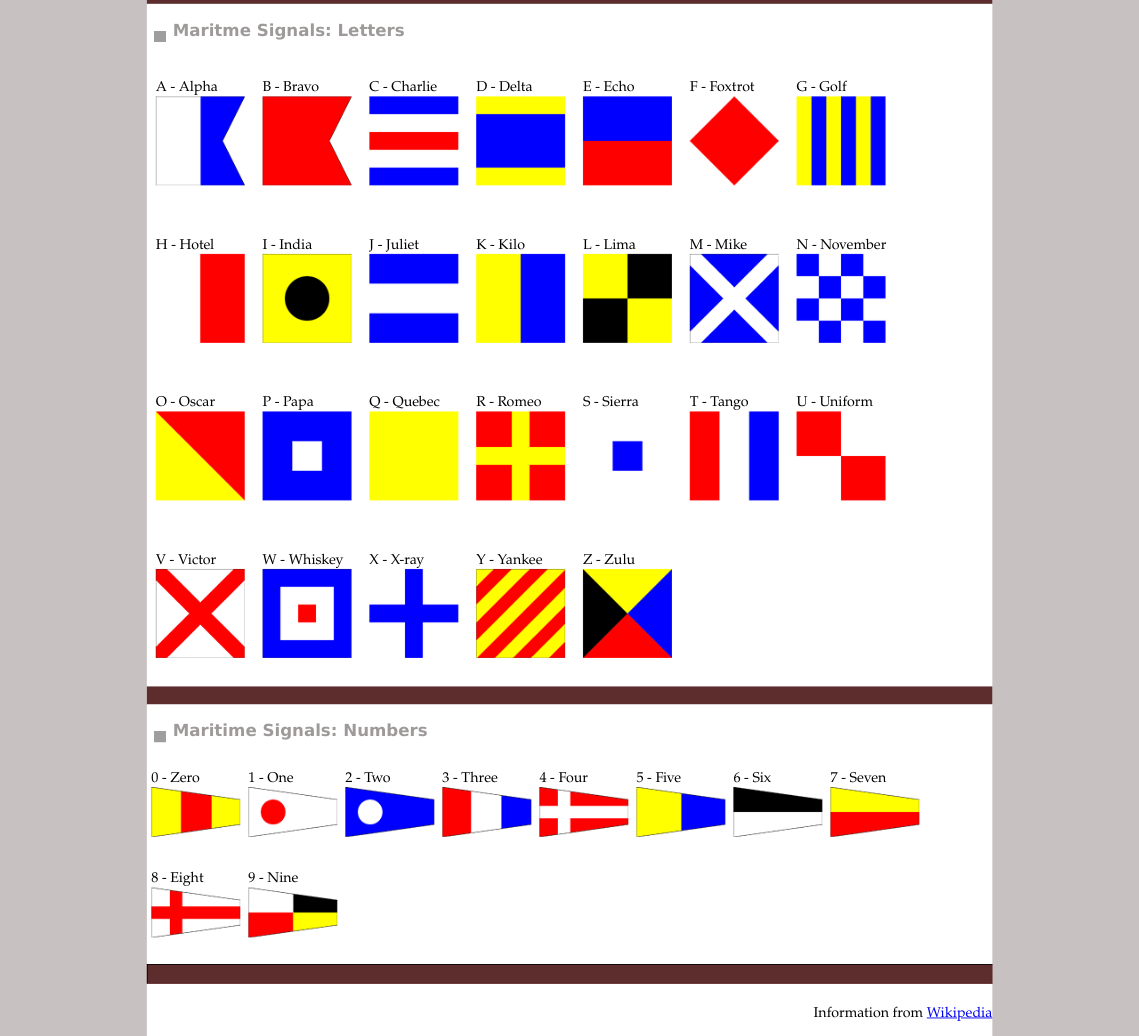
Repository: gabroon/coursework_web
Page: Flags.htm
The author's editor kept a record of every edit. The page is drawn from the files as they stood at one moment, then again after the next edit.
The browser window is 1280 px wide. The pictures show the part of the page from y = 1816 to 2980 px (the page is 2980 px tall), at 89% of full size.
Pictures or frames that could not be fetched are drawn as grey boxes.

Above is the page before.

### Flags.htm

<!-- saved from url=(0132)https://blackboard.ncl.ac.uk/bbcswebdav/pid-1842369-dt-content-rid-5822437_1/courses/O1415-CSC8004/Chris/Assessment/flags-XHTML.html -->
<!DOCTYPE html PUBLIC "-//W3C//DTD XHTML 1.0 Strict//EN" "http://www.w3.org/TR/xhtml1/DTD/xhtml1-strict.dtd">
<HTML
xmlns="http://www.w3.org/1999/xhtml">
  <HEAD>
    <META content="IE=11.0000"
    http-equiv="X-UA-Compatible">
    <META http-equiv="Content-Type" content="text/html; charset=utf-8">
    <TITLE>
      Flags
    </TITLE>
    <META name="GENERATOR" content="MSHTML 11.00.9600.17496">
    <LINK rel="stylesheet" type="text/css" href="flags-CSS.css" />
  </HEAD>
  <BODY>
    <DIV id="content">
      <DIV id="FirstBlock">
        <H1>Flags</H1>
         <SPAN id="flagsOnTop"> </SPAN>
      </DIV>

      <DIV id="navbar">
        <UL class="menu" >
          <LI>
            <A href="https://blackboard.ncl.ac.uk/bbcswebdav/pid-1842369-dt-content-rid-5822437_1/courses/O1415-CSC8004/Chris/Assessment/flags-XHTML.html#intro">
              Introduction
            </A>
          </LI>
          <LI>
            <A href="https://blackboard.ncl.ac.uk/bbcswebdav/pid-1842369-dt-content-rid-5822437_1/courses/O1415-CSC8004/Chris/Assessment/flags-XHTML.html#history">
              History
            </A>
          </LI>
          <LI>
            <A href="https://blackboard.ncl.ac.uk/bbcswebdav/pid-1842369-dt-content-rid-5822437_1/courses/O1415-CSC8004/Chris/Assessment/flags-XHTML.html#national">
              National
              Flags
            </A>
          </LI>
          <LI>
            <A id="sub" href="https://blackboard.ncl.ac.uk/bbcswebdav/pid-1842369-dt-content-rid-5822437_1/courses/O1415-CSC8004/Chris/Assessment/flags-XHTML.html#maritime">
              International
              Maritime Signal Flags
            </A>
            <UL id="hideMenu">
              <LI>
                <A href="https://blackboard.ncl.ac.uk/bbcswebdav/pid-1842369-dt-content-rid-5822437_1/courses/O1415-CSC8004/Chris/Assessment/flags-XHTML.html#letters">
                  Maritme
                  Signals: Letters
                </A>
              </LI>
              <LI>
                <A href="https://blackboard.ncl.ac.uk/bbcswebdav/pid-1842369-dt-content-rid-5822437_1/courses/O1415-CSC8004/Chris/Assessment/flags-XHTML.html#numbers">
                  Maritme
                  Signals: Numbers
                </A>
              </LI>
            </UL>
          </LI>
        </UL>

      </DIV>

      <DIV id="intro">
        <H2>
          <SPAN class="box12">
          </SPAN>
          Introduction
        </H2>
        <P>
          A flag is a piece of fabric, often flown from a pole or mast,  generally used
          symbolically for signaling or identification. It is most  commonly used to
          symbolize a country. The term flag is also used to  refer to the graphic design
          employed by a flag, or to its depiction in  another medium. Flags are also used
          in messaging, advertising, or for  other decorative purposes. The study of flags
          is known as
          <STRONG>
            vexillology
          </STRONG>
          , from the Latin
          <EM>
            vexillum
          </EM>

          meaning  flag or banner.
        </P>
      </DIV>
      <HR>
      <DIV id="history">
        <H2>
          <SPAN class="box12">
          </SPAN>
          History
        </H2>
        <DIV id="photobadge">
          <A href="http://www.flickriver.com/photos/tags/flag/interesting/">
            <IMG class="flickrImage"
            title="View most interesting 'flag' photos on Flickriver" alt="View most interesting 'flag' photos on Flickriver"
            src="Flags_files/flag.jpg">
          </A>
        </DIV>
        <P>
          The origin of modern flags lies in our remote prehistoric past. When  people
          started to form large groups to live and hunt together, they  appointed a leader
          to rule them and settle disputes. As a mark of office  this leader would wear
          some sort of ceremonial head-dress and hold a  long decorative staff, rod or
          spear, topped with an ornament or tribal  emblem. The staff was also used as a
          visible sign to rally around, or to  point out the direction of a march or
          attack. This prehistoric, or  proto-flag, is known as a vexilloid.
        </P>
        <P>
          Later in Ancient China, a different tradition developed when silk was
          invented between 6000 and 3000 BC. This strong, light fabric was ideal  for
          making banners, which were much easier to carry than the vexilloids  that had
          been used earlier, and they were also easier to see from a  distance.
        </P>
        <P>
          From Ancient China the use of fabric flags spread to Mongolia, Japan,  Korea,
          India, Persia, Ancient Greece, and finally the Roman Empire and  the rest of
          Europe.
        </P>
        <P>
          During the Middle Ages, flags were used for a variety of purposes  including:
          identification of members of nobility, guilds, cities,  religious worship, and
          for use during battles. In battle, flags were  used by military companies for
          identification on the field and relaying  of strategic instructions.
        </P>
        <P>
          From the era of sailing vessels onwards, it has been customary (and  later a
          legal requirement) for ships to carry flags designating their  nationality.
          These flags eventually evolved into the national flags and  maritime flags of
          today. Flags also became the preferred means of  communications at sea,
          resulting in various systems of flag signals (see
          <A href="https://blackboard.ncl.ac.uk/bbcswebdav/pid-1842369-dt-content-rid-5822437_1/courses/O1415-CSC8004/Chris/Assessment/flags-XHTML.html#maritime">
            International
            Maritime Signal Flags
          </A>
          )
        </P>
      </DIV>
      <HR>
      <DIV id="national">
        <H2>
          <SPAN class="box12">
          </SPAN>
          National Flags
        </H2>
        <DIV id="nationalText">
          <P>
            One of the most popular uses of a flag is to symbolize a nation or  country.
            Some national flags have been particularly inspirational to  other nations,
            countries, or subnational entities in the design of their  own flags.
          </P>
          <P>
            Some interesting national flag facts include:
          </P>
          <UL>
            <LI>
              The Tricolour of The Netherlands is the oldest tricolor, first appearing
              in 1572 as the Prince's Flag in orange – white – blue.
            </LI>
            <LI>
              The flag of Denmark is the oldest state flag still in use.
            </LI>
            <LI>
              The flag of Nepal is the only national flag that is not
              rectangular.
            </LI>
          </UL>
        </DIV>
        <SPAN id="nationalFlags">
        </SPAN>
      </DIV>
      <HR>
      <DIV id="maritime">
        <H2>
          <SPAN class="box2012">
          </SPAN>
          International Maritime Signal Flags
        </H2>
        <P>
          From the era of sailing vessels onwards, it has been customary (and  later a
          legal requirement) for ships to carry flags designating their  nationality,
          these flags eventually evolved into the national flags and  maritime flags of
          today. Flags also became the preferred means of  communications at sea,
          resulting in various systems of flag signals.
        </P>
        <P>
          The system of international maritime signal flags is a way of representing
          individual letters of the alphabet in signals to or from ships. It is a
          component of the International Code of Signals (INTERCO).
        </P>
        <DIV id="videobox">
          <OBJECT width="420" height="240" data="http://www.youtube.com/v/zOETaUx3c4o?hl=en_GB&amp;version=3"
          type="application/x-shockwave-flash">
            <PARAM name="movie" value="http://www.youtube.com/v/zOETaUx3c4o?hl=en_GB&amp;version=3">
            <PARAM name="allowFullScreen" value="true">
            <PARAM name="allowscriptaccess"
            value="always">
          </OBJECT>

            <BR>
            Flag Alphabet
            <BR>
            by
            <A href="http://www.youtube.com/user/LearnFree2007">
              LearnFree2007
            </A>

        </DIV>
        <P>
          There are various methods that the flags can be used as signals:
        </P>
        <UL>
          <LI>
            Each flag spells out an alphabetic message, letter by letter.
          </LI>
          <LI>
            Individual flags have specific and standard meanings; for example, diving
            support vessels raise 		    the "A flag" indicating their inability to move
            from their current location because 				they have a diver underwater.
          </LI>
          <LI>
            One or more flags form a code word whose meaning can be looked up in a
            code book held by both 		    parties. An example is the Popham numeric code
            used at the Battle of Trafalgar.
          </LI>
        </UL>
        <P>
          NATO uses the same flags, with a few unique to warships, alone or in  short
          sets to communicate various unclassified messages. The NATO usage  generally
          differs from the International meanings, and therefore  warships will fly the
          Code/Answer flag above the signal to indicate it  should be read using the
          International meaning.
        </P>
      </DIV>
      <DIV id="letters">
        <H3>
          <SPAN class="box">
          </SPAN>
          Maritme Signals: Letters
        </H3>
        <P>
          A - Alpha
          <BR>
          <IMG width="100" height="100" title='"I have a diver down; keep well clear at slow speed."'
          alt='"I have a diver down; keep well clear at slow speed."' src="Flags_files/100_ICS_Alpha.svg.png">
        </P>
        <P>
          B - Bravo
          <BR>
          <IMG width="100" height="100" title='"I am taking in, or discharging, or carrying dangerous goods." '
          alt='"I am taking in, or discharging, or carrying dangerous goods." ' src="Flags_files/100_ICS_Bravo.svg.png">
        </P>
        <P>
          C - Charlie
          <BR>
          <IMG width="100" height="100" title='"Affirmative."' alt='"Affirmative."'
          src="Flags_files/100_ICS_Charlie.svg.png">
        </P>
        <P>
          D - Delta
          <BR>
          <IMG width="100" height="100" title='"Keep clear of me; I am maneuvering with difficulty."'
          alt='"Keep clear of me; I am maneuvering with difficulty."' src="Flags_files/100_ICS_Delta.svg.png">
        </P>
        <P>
          E - Echo
          <BR>
          <IMG width="100" height="100" title='"I am altering my course to starboard."'
          alt='"I am altering my course to starboard."' src="Flags_files/100_ICS_Echo.svg.png">
        </P>
        <P>
          F - Foxtrot
          <BR>
          <IMG width="100" height="100" title='"I am disabled; communicate with me."'
          alt='"I am disabled; communicate with me."' src="Flags_files/100_ICS_Foxtrot.svg.png">
        </P>
        <P>
          G - Golf
          <BR>
          <IMG width="100" height="100" title='"I require a pilot."' alt='"I require a pilot."'
          src="Flags_files/100_ICS_Golf.svg.png">
        </P>
        <P>
          H - Hotel
          <BR>
          <IMG width="100" height="100" title='"I have a pilot on board."'
          alt='"I have a pilot on board."' src="Flags_files/100_ICS_Hotel.svg.png">
        </P>
        <P>
          I - India
          <BR>
          <IMG width="100" height="100" title='"I am altering my course to port."'
          alt='"I am altering my course to port."'
          src="Flags_files/100_ICS_India.svg.png">
        </P>
        <P>
          J - Juliet
          <BR>
          <IMG width="100" height="100" title='"I am on fire and have dangerous cargo on board: keep well clear of me," or "I am leaking dangerous cargo."'
          alt='"I am on fire and have dangerous cargo on board: keep well clear of me," or "I am leaking dangerous cargo."'
          src="Flags_files/100_ICS_Juliet.svg.png">
        </P>
        <P>
          K - Kilo
          <BR>
          <IMG width="100" height="100" title='"I wish to communicate with you."'
          alt='"I wish to communicate with you."'
          src="Flags_files/100_ICS_Kilo.svg.png">
        </P>
        <P>
          L - Lima
          <BR>
          <IMG width="100" height="100" title='"The ship is under quarantine " (in harbour) or "You should stop your vessel instantly." (at sea)'
          alt='"The ship is under quarantine " (in harbour) or "You should stop your vessel instantly." (at sea)'
          src="Flags_files/100_ICS_Lima.svg.png">
        </P>
        <P>
          M - Mike
          <BR>
          <IMG width="100" height="100" title='"My vessel is stopped and making no way through the water."'
          alt='"My vessel is stopped and making no way through the water."' src="Flags_files/100_ICS_Mike.svg.png">
        </P>
        <P>
          N - November
          <BR>
          <IMG width="100" height="100" title='"Negative."' alt='"Negative."'
          src="Flags_files/100_ICS_November.svg.png">
        </P>
        <P>
          O - Oscar
          <BR>
          <IMG width="100" height="100" title='"Man overboard."' alt='"Man overboard."'
          src="Flags_files/100_ICS_Oscar.svg.png">
        </P>
        <P>
          P - Papa
          <BR>
          <IMG width="100" height="100" title='"All persons should report on board as the vessel is about to proceed to sea."'
          alt='"All persons should report on board as the vessel is about to proceed to sea."'
          src="Flags_files/100_ICS_Papa.svg.png">
        </P>
        <P>
          Q - Quebec
          <BR>
          <IMG width="100" height="100" title="&quot;My vessel is 'healthy' and I request free pratique.&quot;"
          alt="&quot;My vessel is 'healthy' and I request free pratique.&quot;" src="Flags_files/100_ICS_Quebec.svg.png">
        </P>
        <P>
          R - Romeo
          <BR>
          <IMG width="100" height="100" title='"The way is off my ship."'
          alt='"The way is off my ship."' src="Flags_files/100_ICS_Romeo.svg.png">
        </P>
        <P>
          S - Sierra
          <BR>
          <IMG width="100" height="100" title='"I am operating astern propulsion."'
          alt='"I am operating astern propulsion."' src="Flags_files/100_ICS_Sierra.svg.png">
        </P>
        <P>
          T - Tango
          <BR>
          <IMG width="100" height="100" title='"Keep clear of me; I am engaged in pair trawling."'
          alt='"Keep clear of me; I am engaged in pair trawling."' src="Flags_files/100_ICS_Tango.svg.png">
        </P>
        <P>
          U - Uniform
          <BR>
          <IMG width="100" height="100" title='"You are running into danger."'
          alt='"You are running into danger."'
          src="Flags_files/100_ICS_Uniform.svg.png">
        </P>
        <P>
          V - Victor
          <BR>
          <IMG width="100" height="100" title='"I require assistance."'
          alt='"I require assistance."' src="Flags_files/100_ICS_Victor.svg.png">
        </P>
        <P>
          W - Whiskey
          <BR>
          <IMG width="100" height="100" title='"I require medical assistance."'
          alt='"I require medical assistance."'
          src="Flags_files/100_ICS_Whiskey.svg.png">
        </P>
        <P>
          X - X-ray
          <BR>
          <IMG width="100" height="100" title='"Stop carrying out your intentions and watch for my signals."'
          alt='"Stop carrying out your intentions and watch for my signals."' src="Flags_files/100_ICS_X-ray.svg.png">
        </P>
        <P>
          Y - Yankee
          <BR>
          <IMG width="100" height="100" title='"I am dragging my anchor."'
          alt='"I am dragging my anchor."' src="Flags_files/100_ICS_Yankee.svg.png">
        </P>
        <P>
          Z - Zulu
          <BR>
          <IMG width="100" height="100" title='"I require a tug."' alt='"I require a tug."'
          src="Flags_files/100_ICS_Zulu.svg.png">
        </P>
      </DIV>
      <DIV id="numbers">
        <H3>
          <SPAN class="box">
          </SPAN>
          Maritime Signals: Numbers
        </H3>
        <P>
          0 - Zero
          <BR>
          <IMG width="100" height="56" title="Zero" alt="Zero" src="Flags_files/100_ICS_Pennant_Zero.svg.png">
        </P>
        <P>
          1 - One
          <BR>
          <IMG width="100" height="56" title="One" alt="One" src="Flags_files/100_ICS_Pennant_One.svg.png">
        </P>
        <P>
          2 - Two
          <BR>
          <IMG width="100" height="56" title="Two" alt="Two" src="Flags_files/100_ICS_Pennant_Two.svg.png">
        </P>
        <P>
          3 - Three
          <BR>
          <IMG width="100" height="56" title="Three" alt="Three" src="Flags_files/100_ICS_Pennant_Three.svg.png">
        </P>
        <P>
          4 - Four
          <BR>
          <IMG width="100" height="56" title="Four" alt="Four" src="Flags_files/100_ICS_Pennant_Four.svg.png">
        </P>
        <P>
          5 - Five
          <BR>
          <IMG width="100" height="56" title="Five" alt="Five" src="Flags_files/100_ICS_Pennant_Five.svg.png">
        </P>
        <P>
          6 - Six
          <BR>
          <IMG width="100" height="56" title="Six" alt="Six" src="Flags_files/100_ICS_Pennant_Six.svg.png">
        </P>
        <P>
          7 - Seven
          <BR>
          <IMG width="100" height="56" title="Seven" alt="Seven" src="Flags_files/100_ICS_Pennant_Seven.svg.png">
        </P>
        <P>
          8 - Eight
          <BR>
          <IMG width="100" height="56" title="Eight" alt="Eight" src="Flags_files/100_ICS_Pennant_Eight.svg.png">
        </P>
        <P>
          9 - Nine
          <BR>
          <IMG width="100" height="56" title="Nine" alt="Nine" src="Flags_files/100_ICS_Pennant_Niner.svg.png">
        </P>
      </DIV>
      <DIV id="footer">
        <hr>
        <p id="referenceText">
          Information from
          <a href="http://www.wikipedia.com/en">
            Wikipedia
          </a>
        </p>
      </DIV>
    </DIV>
  </BODY>
</HTML>

### flags-CSS.css
html{
	padding:0;
	margin:0;
}
body {
    padding:0;
    margin-left:auto;
    margin-right:auto;
    min-width:450px;
    max-width:960px;
    margin-top: 0;
    margin-bottom: 0;
    background-color:#C7C1C1;
    font-family: "Palatino Linotype";
}
p{
	padding-left:5px;
}
h1,h2,h3{
	color: #9F9A9A;
	font-family: "Lucida Sans Unicode";
}
.box{
	background-image:url("https://internal.cs.ncl.ac.uk/modules/2013-14/csc8004/flags/css/12-dkgrey.png");
	width: 13px;
	height: 13px;
	display: block;
	float:left;
	background-position:bottom;
	top:11px;
	position:relative;
	margin-right:8px;
	margin-left:8px;
}
#content{
	 background-color:#FFFFFF;
	 min-height: 100%;
	 margin-left:5px;
	 margin-right:5px;
	 float: left;
}
.menu{
float:right;
margin:0;
padding:5px;
}
.menu li a{
	color: white;
	text-decoration: none;
}
#sub:hover + #hideMenu{
	display: block;
}
#flagsOnTop{
	background-image:url("https://internal.cs.ncl.ac.uk/modules/2013-14/csc8004/flags/css/flags.png");
	background-repeat: no-repeat;
	width: 290px;
	height: 100px;
	float:right;
}
#navbar {
	bottom:155px;
    float:right;
    background-color: #5D2C2C;
    position: relative;
	min-width:100%;
	margin-bottom: 10px;
	display: block;
	margin: 0;
	padding:0;

}
#navbar li {
    float:left;
}
/*this div contains the h1 tag that has the word "Flags" in it and the image of flags attached on astring to the right of it  */
#FirstBlock{
	display:block;
	/*this part is for creating a #5D2C2C colored border*/
    border-bottom:solid 20px #5D2C2C;
    float:left;
    min-width: 100%;
    /*so it does not  cross the navigation bar*/
    margin-top:30px;
}

#FirstBlock h1{
	float:left;
}
#hideMenu{
	position:absolute;
	display: none;
	background-color: #5D2C2C;

	padding:5px 50px 0px 6px;
}

#hideMenu li{
	float: none;
	text-align: left;
	white-space: nowrap;

}

hr {
    border-color:#5D2C2C;
    padding:10px;
    background-color:#5D2C2C;
}
#navbar li {
    text-decoration:none;
    padding-right:5px;
    padding-left:5px;
    list-style:none;
}

#videobox {
	display:block;
    float:right;
    padding-top:40px;
    background-image:url("https://internal.cs.ncl.ac.uk/modules/2013-14/csc8004/flags/css/460x320-box.png");
	background-repeat: no-repeat;
	width: 460px;
	height: 320px;
	background-position: top right;
	text-align:center;

}


#maritime{
	padding-bottom: 20px;
}
#letters{
   border-top:solid 20px #5D2C2C;
   margin-top:10px;
}
#letters p{
    float:left;
    padding:10px;
}
#numbers{
    display:block;
     border-top:solid 20px #5D2C2C;
      float:left;
}
#numbers p{
    display:inline-block;

}
#footer{
    float:left;
    min-width:100%;

}
/*float for this div so the national div   can encompass the national flag image which also has a float property*/
#national{
	float: left;
}
/*move text to the left side of parent div to make space for the image to fit on hte right side*/
#nationalText{
	display: inline;
	float: left;
	width: 56%;
}

/*image for national flags section*/
#nationalFlags{
	background-image:url("https://internal.cs.ncl.ac.uk/modules/2013-14/csc8004/flags/css/3-flags75.png");
	background-repeat: no-repeat;
	width: 415px;
	height: 200px;
	float:right;
	display: inline-block;

}

/*photobadge background image*/
#photobadge{
	background-image:url("https://internal.cs.ncl.ac.uk/modules/2013-14/csc8004/flags/css/420x370-box.png");
	background-repeat: no-repeat;
	width: 420px;
	height: 370px;
	background-position:left top;
	float:right;
	/*background image was getting cut off from the right and top side so adding paddings to top and left solved the issue*/
	padding-left:20px;
	padding-top:20px;

}
/*this is part of solving the background image getting cut off*/
.flickrImage {
   margin: 0;
   padding: 0;
}

/*this is to move the text at the end to the right*/
#referenceText{
	float:right;
}
#videoText{
	margin-left:auto;
	margin-right:auto;
	width:123px;
}

After the next edit:
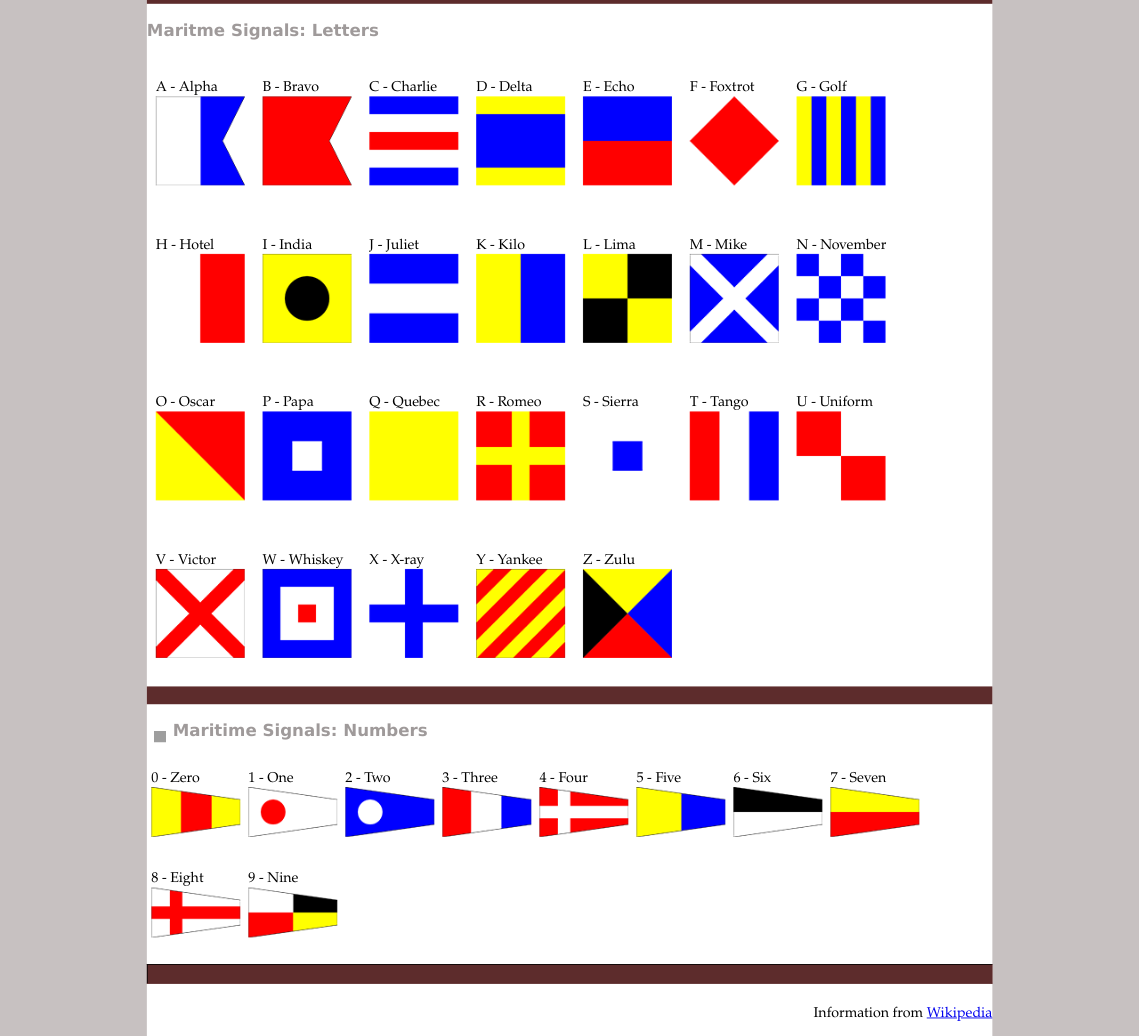
The edit:
--- a/Flags.htm
+++ b/Flags.htm
@@ -237,7 +237,7 @@
       </DIV>
       <DIV id="letters">
         <H3>
-          <SPAN class="box">
+          <SPAN class="box208">
           </SPAN>
           Maritme Signals: Letters
         </H3>
